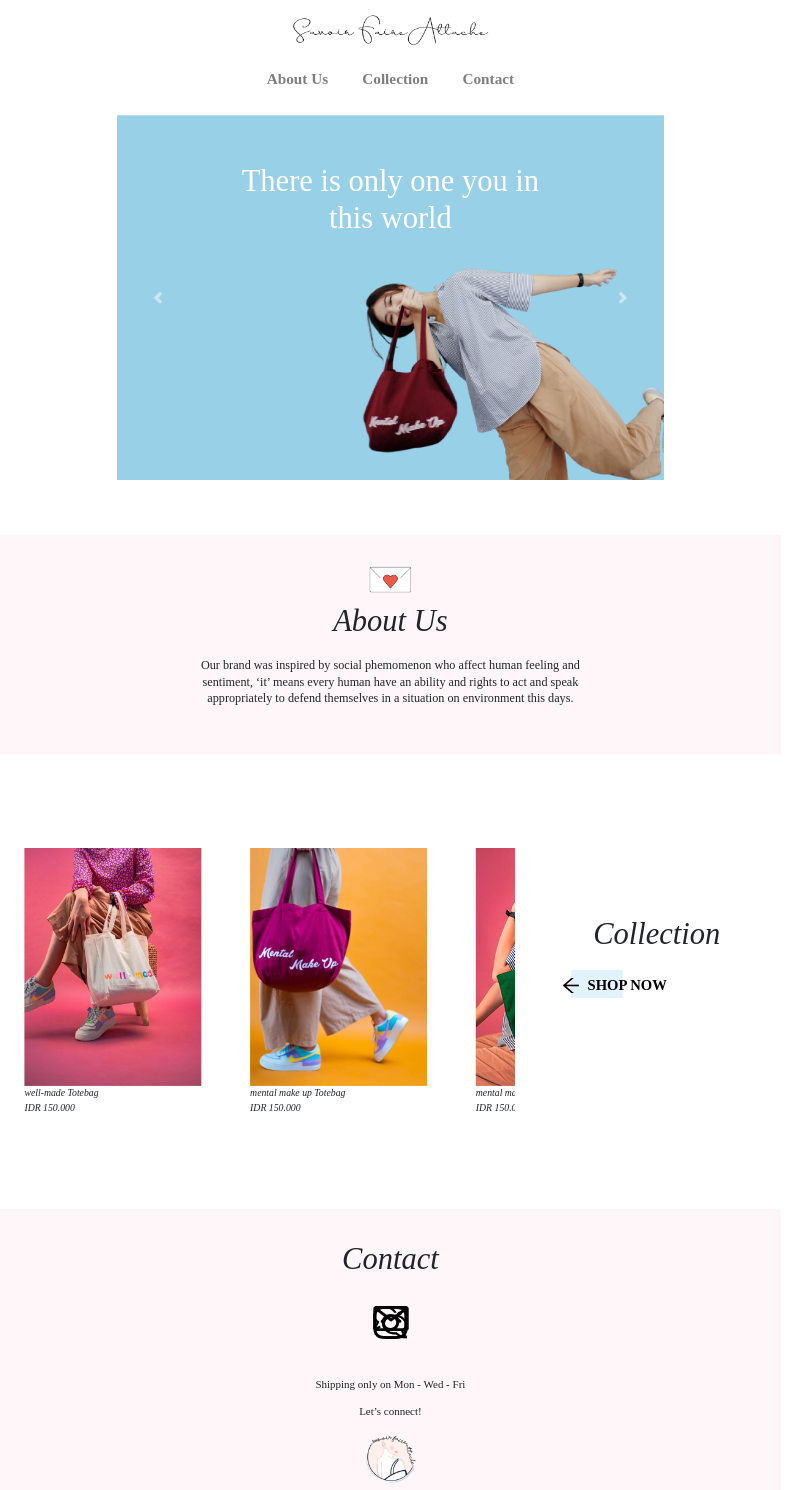
Repository: bismowibi/savoir
Page: index.html
An editor plug-in stored every save of this project. The page is shown before and after a run of saves, followed by the edit.
The browser window is 1280 px wide. The page is 1295 px wide, so the pictures cover 1295 px, including what lies to the right of the window. The pictures show the whole page, at 61% of full size.
Some web fonts or font styles are not loaded; a fallback is used. Some web libraries are served in a nearby version.

Above is the page before, as saved 2020-04-06 22:48:36.

### index.html
<!doctype html>
<html lang="en">

<head>
  <title>Savoir Fairre Attache</title>
  <!-- Required meta tags -->
  <meta charset="utf-8">
  <meta name="viewport" content="width=device-width, initial-scale=1, shrink-to-fit=no">
  <!-- Internal CSS -->
  <link rel="stylesheet" href="style.css">
  <!-- Bootstrap CSS -->
  <link rel="stylesheet" href="https://stackpath.bootstrapcdn.com/bootstrap/4.3.1/css/bootstrap.min.css"
    integrity="sha384-ggOyR0iXCbMQv3Xipma34MD+dH/1fQ784/j6cY/iJTQUOhcWr7x9JvoRxT2MZw1T" crossorigin="anonymous">
  <!-- Font Face GT -->
  <link href="https://db.onlinewebfonts.com/c/4417812509ea84242dcf790e829ca350?family=GT+Walsheim+Pro+Regular" rel="stylesheet" type="text/css"/>
    <!-- Icon -->
  <script src="https://kit.fontawesome.com/c5d0666ee9.js" crossorigin="anonymous"></script>
</head>

<body>

  <!-- Optional JavaScript -->
  <!-- jQuery first, then Popper.js, then Bootstrap JS -->
  <script src="https://code.jquery.com/jquery-3.3.1.slim.min.js"
    integrity="sha384-q8i/X+965DzO0rT7abK41JStQIAqVgRVzpbzo5smXKp4YfRvH+8abtTE1Pi6jizo" crossorigin="anonymous">
  </script>
  <script src="https://cdnjs.cloudflare.com/ajax/libs/popper.js/1.14.7/umd/popper.min.js"
    integrity="sha384-UO2eT0CpHqdSJQ6hJty5KVphtPhzWj9WO1clHTMGa3JDZwrnQq4sF86dIHNDz0W1" crossorigin="anonymous">
  </script>
  <script src="https://stackpath.bootstrapcdn.com/bootstrap/4.3.1/js/bootstrap.min.js"
    integrity="sha384-JjSmVgyd0p3pXB1rRibZUAYoIIy6OrQ6VrjIEaFf/nJGzIxFDsf4x0xIM+B07jRM" crossorigin="anonymous">
  </script>

  <section id="title">
    <div class="container-fluid">

      <!-- Header-logo -->
      <header id="site-header">
        <!-- <h5>Sfa</h5> -->
        <img src="Photos/savoir.png" alt="">
      </header>

      <!-- Navigation Bar -->
      <nav class="navbar navbar-expand-lg navbar-light">
        <a class="navbar-brand d-block d-sm-block d-md-bock d-lg-none navbar-right" style="float: none;"
          href="#">Sfa</a>

        <!-- Navbar Collapse Button -->
        <button class="navbar-toggler" type="button" data-toggle="collapse" data-target="#navbarTogglerDemo02"
          aria-controls="navbarTogglerDemo02" aria-expanded="false" aria- label="Toggle navigation">
          <span class="navbar-toggler-icon"></span>
        </button>

        <!-- Navbar Menu -->
        <div class="collapse navbar-collapse" id="navbarTogglerDemo02">
          <ul class="navbar-nav mx-auto">
            <li class="nav-item"><a class="nav-link" href="#about-us">About Us</a></li>
            <li class="nav-item"><a class="nav-link" href="#collection">Collection</a></li>
            <li class="nav-item"><a class="nav-link" href="#contact">Contact</a></li>
          </ul>
      </nav>
  </section>

  <!-- Home  -->
  <section id="home">
    <!-- <div class="container"> -->
    <div id="carouselExampleControls" class="carousel slide" data-ride="carousel" data-interval="0">
      <div class="carousel-inner">
        <!-- Card 1  -->
        <div class="carousel-item active">
          <div class="row card-1">
            <div class="col-lg-12">
              <h2 class="text-center">There is only one you in <br>this world</h2>
            </div>
            <div class="col-lg-12">
              <img class="img-card-1" src="Photos/card-1.png" alt="">
            </div>
          </div>
        </div>
        <!-- Card 2  -->
        <div class="carousel-item">
          <div class="row card-2">
            <div class="col-lg-6">
              <img class="img-card-2" src="Photos/card-2.png" alt="">
            </div>
            <div class="col-lg-6">
              <h2>Chic and <br>Colourful</h2>
            </div>
          </div>
        </div>
        <!-- Card 3 -->
        <div class="carousel-item">
          <div class="row card-3">
            <div class="col-lg-6">
              <h2>Savoir Faire Attache</h2>
            </div>
            <div class="col-lg-6">
              <img class="img-card-3" src="Photos/card-3.png" alt="">
            </div>
          </div>
        </div>
        <!-- Card 4 -->
        <div class="carousel-item">
          <div class="row card-4">
            <div class="col-lg-6">
              <h2>Grab yours now!</h2>
            </div>
            <div class="col-lg-6">
              <img class="img-card-4" src="Photos/card-4-n.png" alt="">
            </div>
          </div>
        </div>
      </div>
      <!-- Button Slider  -->
      <a class="carousel-control-prev" href="#carouselExampleControls" role="button" data-slide="prev">
        <span class="carousel-control-prev-icon" aria-hidden="true"></span>
        <span class="sr-only">Previous</span>
      </a>
      <a class="carousel-control-next" href="#carouselExampleControls" role="button" data-slide="next">
        <span class="carousel-control-next-icon" aria-hidden="true"></span>
        <span class="sr-only">Next</span>
      </a>
    </div>
    </div>
  </section>

  <section id="about-us">
    <div class="container-fluid">
      <div class="row text-center">
        <div class="col-about col-lg-12 ">
          <img class="love-letter" src="Photos/love-letter.png" alt="">
        </div>
        <div class="col-lg-12 text-center">
          <h2>About Us</h2>
          <p class="">Our brand was inspired by social phemomenon who affect human feeling and <br> sentiment, ‘it’ means every human have an ability and rights to act and speak <br>appropriately to defend themselves in a situation on environment this days. </p>
        </div>
      </div>
    </div>
    </div>
  </section>


  <!-- Collection -->
  <section id="collection">
    <!-- Scroling -->
    <div class="row scrolling-row">
      <div class="col-lg-8 sm-12">
        <div class="scrolling-wrapper-flexbox">
          <div class="card">
            <img src="Photos/img-collect-1.png" alt="">
            <span>well-made Totebag <br>IDR 150.000<span>
          </div>
          <div class="card">
            <img src="Photos/img-collect-2.png" alt="">
            <span>mental make up Totebag <br>IDR 150.000<span>
          </div>
          <div class="card">
            <img src="Photos/img-collect-3.png" alt="">
            <span>mental make up Totebag <br>IDR 150.000<span>
          </div>
          <div class="card">
            <img src="Photos/img-collect-4.png" alt="">
            <span>amore Totebag <br>IDR 150.000<span>
          </div>
        </div>
      </div>
      <div class="shop-now col-lg-4 sm-12">
        <h1 class="text-center">Collection</h1>
        <div class="arrow">
          <img class="img-arrow" src="Photos/arrow-biru.png" alt="">
          <a href="https://linktr.ee/savoirfaire_attache" target="_blank">
            <h4> SHOP NOW</h4>
          </a>
        </div>

      </div>
      </di>

  </section>

  <section id="contact">
  <div class="container-fluid">
    <div class="row text-center con">
      <div class="col-lg-12">
        <h2>Contact</h2>
      </div>

      <div class="col-lg-12 text-center  contact-icon">
        <a href="https://linktr.ee/savoirfaire_attache">
        <img src="Photos/text-icon.png" alt="">
      </a>
      <a href="">
        <img src="Photos/mail-icon.png" alt="">
      </a>
       <a href="">

       </a>

        <img src="Photos/ig-icon-2.png" alt="">

      </div>

      <div class="col-sm-12 shipping">
        <h6> Shipping only on Mon - Wed - Fri <br> Let’s connect!</h6>
        <img src="Photos/logo.png" alt="">


      </div>
    </div>
    <!-- Mobile Version Code -->
    <div class="row contact-mobile text-center">
      <div class="col-sm-4">
        <img class="line-img" src="Photos/text-icon.png" alt="">
        <img class="mail-img"   src="Photos/mail-icon.png" alt="">
        <img class="ig-img"  src="Photos/ig-icon-2.png" alt="">
      </div>
      <div class="col-sm-12">
        <h6>Shipping only on Mon - Wed - Fri </h6>
      </div>
      </div>
    </div>


  </div>




  </section>











</body>

</html>

### style.css
/* Header - Logo */
#site-header {
    text-align: center;
    padding-top: 2%;
    font-family: "BeautyDream";
    font-size: 30px;
}

#site-header h5 {
    font-size: 30px;
}

#title{
    padding-bottom: 2%;
}
/* Navigation Bar */
.navbar-nav>li {
    padding-left: 20px;
    padding-right: 20px;
    font-family: "GT Walsheim Pro Regular";
    font-weight: bold;
    font-size:25px;
    margin-top:20px;
}

.navbar-brand {
    font-family: "BeautyDream";
    font-size: 2rem !important;
}


/* Home Card Background */
.card-1 {
    background-color: #98D0E7;
}

.card-2 {
    background-color: #D54C63;
}

.card-3 {
    background-color: #FECF70;
}

.card-4 {
    background-color: #F7E6D8;
}

/* Home */
#home {
    padding: 0% 15% 7%;
}

#carouselExampleControls h2 {
    font-family: "Futura";
    font-size: 50px;
    position: relative;
}

/* Card 1  */
.img-card-1 {
    position: relative;
    left: 35%;
    height: 470px;
}

.card-1 h2 {
    top: 60%;
    color: white;
}

/* Card 2 */
.img-card-2 {
    position: relative;
    left: 25%;
}

.card-2 h2 {
    color: #ffff;
    top: 40%;
    left: 10%;
}

/* Card 3 */
.card-3 h2 {
    color: #9C7C62;
    top: 35%;
    left: 23%;
}

/* Card-4 */
.card-4 h2 {
    left: 30%;
    top: 20%;
    color: #D54C63;
}

.img-card-4{

}
/* About Us */
#about-us {
    background-color: #FEF6F8;
    height: 360px;
    /* text-align: center; */
    padding: 3% 15% 3%;
    font-family: "GTWalsheimProRegular";
}

#about-us p{
    font-size: 20px;
    line-height: 27px;
    margin-top:30px;
}

#about-us h2 {
    font-family: Futura;
    font-style: italic;
    font-weight: 500;
    font-size: 50px;
}


/* Collection */

#collection {
    padding-top: 12%;
    padding-bottom:12%;
    font-family: "Futura";
    font-weight: 500;
    font-style: italic;
}

.scrolling-wrapper-flexbox {
    display: flex;
    white-space: nowrap;
    overflow-x: scroll;
    overflow-y:hidden;



}

.scrolling-wrapper-flexbox::-webkit-scrollbar {
    display: none;

}


.card {
    flex: 0 0 auto;
    /* height: 290px;
    width: 390px; */
    margin-left: 40px;
    margin-right: 40px;
    border: none !important;

}

#collection h1 {
    font-size: 50px;
    margin-top: 110px;

}

.arrow {
    margin-left: 45px;
    margin-top: 30px;

}

.arrow h4 {
    left: 24%;
    position: absolute;
    top: 48%;
    font-style: normal;
    font-weight: bold;
}

#collection a {
    color: black;
}

#collection a:hover {
    color: #d24967;
}



/* Contact */

#contact{
    padding: 3% 0% 0% 0%;
    background-color: #FEF6F8 ;
    font-family: "Futura";
}

#contact h2{
    font-size: 50px;
    font-style: italic;
    padding-top: 1%;
}

.contact-icon{
    padding-top:40px;
}

.shipping h6{
    font-size: 18px;
    margin-top: 15px;
    line-height: 45px;
    padding-top: 3%;
}

.contact-icon a {
    position: absolute;
    z-index: 9999;
 }


/* Only Show on Web */

@media only screen and (min-width:990px) {
.line{
    left:360px;
}

.mail{
    right: 370px;
    top: 10px;
}

#contact .contact-mobile{
    display: none;
}

}
#contact p{
    margin-top: 10px;
    opacity: 0;

}





/* Mobile Version */
@media only screen and (max-width:990px) {
    #site-header {
        display: none;
    }
}




@media only screen and (max-width:990px) {
    #home {
        padding: 0 0 0 0 !important;
    }
    .navbar-nav>li{
        font-size:15px;
    }
    /* Heading 2 Mobile */
    #carouselExampleControls h2 {
        font-size: 30px;
        text-align: center;
        display: flex;
        flex-direction: column;

    }

    #carouselExampleControls br{
        display: none;
    }

    .card-1, .card-2, .card-3, .card-4{
       height: 500px;
    }


    /* Card 1 Mobile */
    .img-card-1 {
        height: 80%;
        width: auto;
        position: relative;
        left: 4%;
        top: 3%;

    }

    /* Card 2 Mobile */
    .img-card-2 {
        position: relative;
        top: 22%;
        left: 10%;
        width: 80%;
    }

    .card-2 h2 {
        left: 0%;
        top: -1000%;
}


    /* Card 3 Mobile */
    .card-3 h2 {
        left:0%;
        top:130%;
    }

    .img-card-3 {
        width: auto;
        height: 70%;
        position: relative;
        left: 10%;
        top: 9%;

    }

    /* Card 4 Mobile */
    .img-card-4 {
        width: 81.5%;
        left: 10%;
        position: relative;
        top: 0%;
    }

    .card-4 h2 {
        left:0%;
        top:130%;
    }


    /* About Us Mobile Ver */
    #about-us {
        margin-top: 20%;
        padding-left: 0%;
        padding-right: 0%;
    }

    #about-us br{
        display: none;
    }

    #about-us h2 {
        font-size: 30px;
    }

    #about-us p {
        font-size: 15px;
        line-height: 24px;
    }

    #about-us .row{
        padding-top:40px;
    }

    /* Collection  Mobile Ver*/
    #collection {
        padding-top: 20%;
    }

    #collection h1 {
        font-size: 30px;
        margin-top: 0;

    }

    .arrow h4 {
        font-size: 15px;
        ;
        left: 30%;

    }

    .scrolling-row {
        display: flex;
        flex-direction: column-reverse;
    }

    .img-arrow {
        left: 5%;
        position: relative;
        margin-bottom: 13%;
    }
    #contact h2{
        font-size:30px;
        padding-top:5%;
    }

    .con{
        padding-top:2%;
    }
    .contact-icon{
        display: none;
    }

    .contact-mobile{
        padding-top: 10%;
    }
    .mail-img, .line-img, .ig-img {
        width: auto;
        height:60%;
        margin-left:4%;
        margin-right:4%;

    }


    .contact-mobile h6{
        font-size: 14px;
        padding-top: 20px;
    }





}


}

/* Font  */



@font-face{

    font-family: 'GTWalsheimProRegular';
    src: url('Font/GTWalsheimPro-Regular.eot');
    src: url('Font/GTWalsheimPro-Regular.eot?#iefix') format('embedded-opentype'),
         url('Font/GTWalsheimPro-Regular.woff2') format('woff2'),
         url('Font/GTWalsheimPro-Regular.woff') format('woff'),
         url('Font/GTWalsheimPro-Regular.svg#GTWalsheimPro-Regular') format('svg');
    font-weight: normal;
    font-style: normal;

    }


@font-face {

    font-family: 'BeautyDream';
    src: url('Font/Beauty-Dream.eot');
    src: url('Font/Beauty-Dream.eot?#iefix') format('embedded-opentype'),
         url('Font/Beauty-Dream.woff2') format('woff2'),
         url('Font/Beauty-Dream.woff') format('woff'),
         url('Font/Beauty-Dream.svg#Beauty-Dream') format('svg');
    font-weight: normal;
    font-style: normal;

    }
    @import url(https://db.onlinewebfonts.com/c/4417812509ea84242dcf790e829ca350?family=GT+Walsheim+Pro+Regular);

    @font-face {font-family: "GT Walsheim Pro Regular"; src: url("https://db.onlinewebfonts.com/t/4417812509ea84242dcf790e829ca350.eot"); src: url("https://db.onlinewebfonts.com/t/4417812509ea84242dcf790e829ca350.eot?#iefix") format("embedded-opentype"), url("https://db.onlinewebfonts.com/t/4417812509ea84242dcf790e829ca350.woff2") format("woff2"), url("https://db.onlinewebfonts.com/t/4417812509ea84242dcf790e829ca350.woff") format("woff"), url("https://db.onlinewebfonts.com/t/4417812509ea84242dcf790e829ca350.ttf") format("truetype"), url("https://db.onlinewebfonts.com/t/4417812509ea84242dcf790e829ca350.svg#GT Walsheim Pro Regular") format("svg"); }

After the next 5 saves:
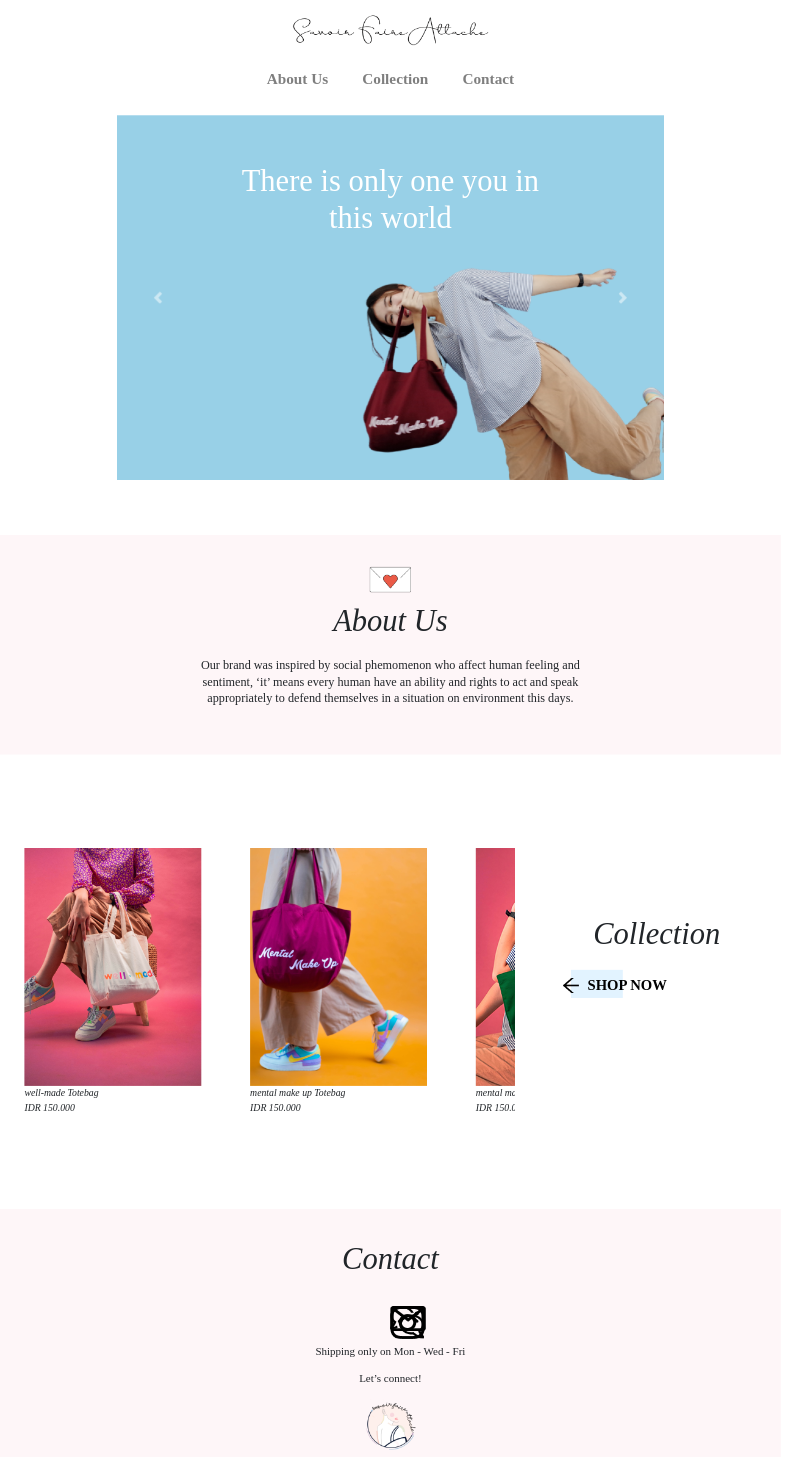
The 5 saves are shown as one change because they came seconds apart.
The last was saved 14 s later.
--- a/index.html
+++ b/index.html
@@ -193,11 +193,8 @@
         <img src="Photos/mail-icon.png" alt="">
       </a>
        <a href="">
-
+        <img src="Photos/ig-icon-2.png" alt="">
        </a>
-
-        <img src="Photos/ig-icon-2.png" alt="">
-
       </div>
 
       <div class="col-sm-12 shipping">
